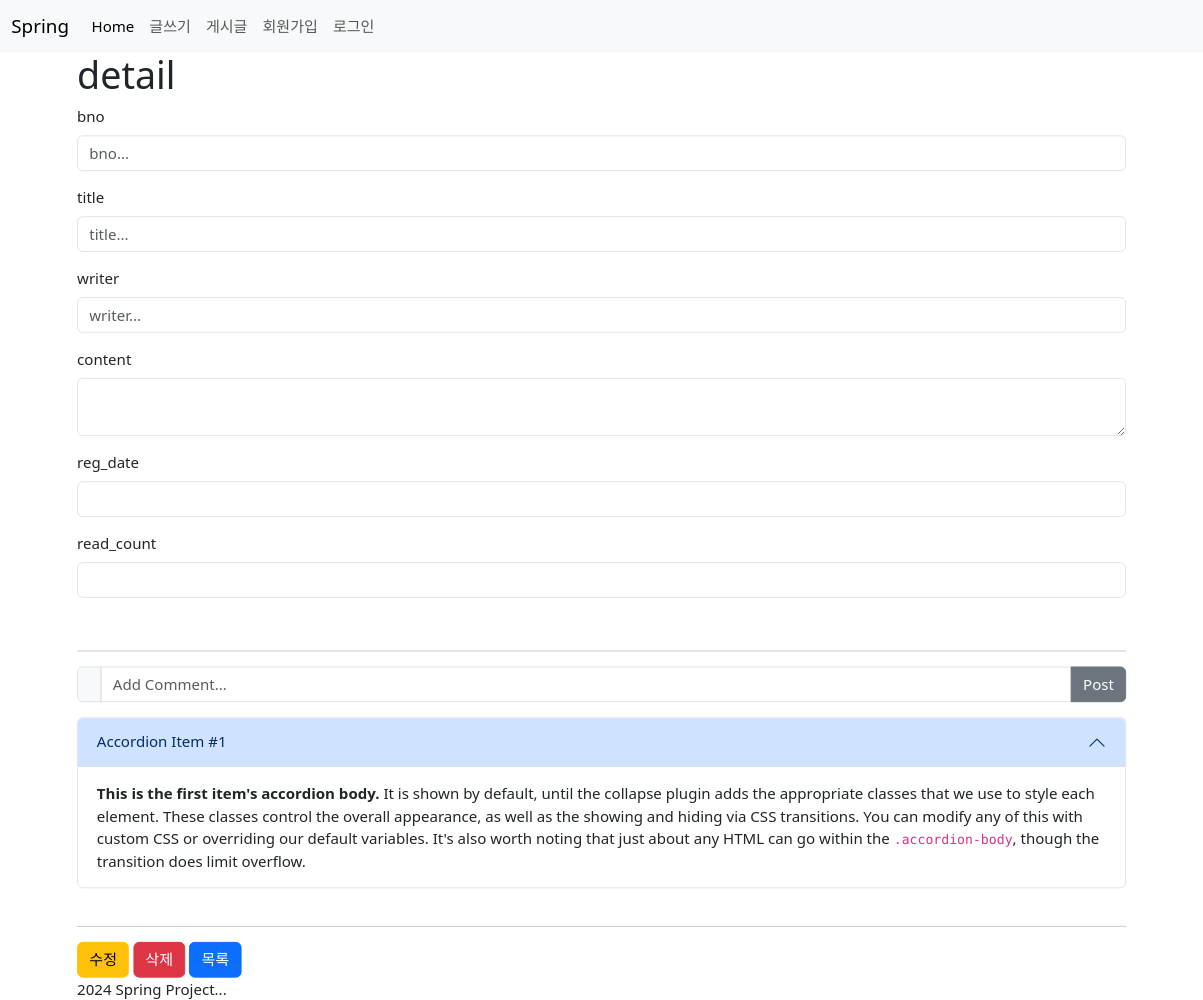
Repository: dlwpsdlwps/springTest240430
Page: http://localhost/spring_study/WEB-INF/views/board/detail.jsp
The author's editor kept a copy of each file at every save. The page is drawn from the files as they stood at one save, then again after the next save.
The browser window is 1280 px wide. The pictures show the whole page, at 94% of full size.
The page is served by Tomcat 9. Nobody is signed in. The template is opened directly, without the code that normally fills it, so the values that code supplies are empty.

Above is the page before, as saved 2024-04-26 02:48:14.

After the next save:
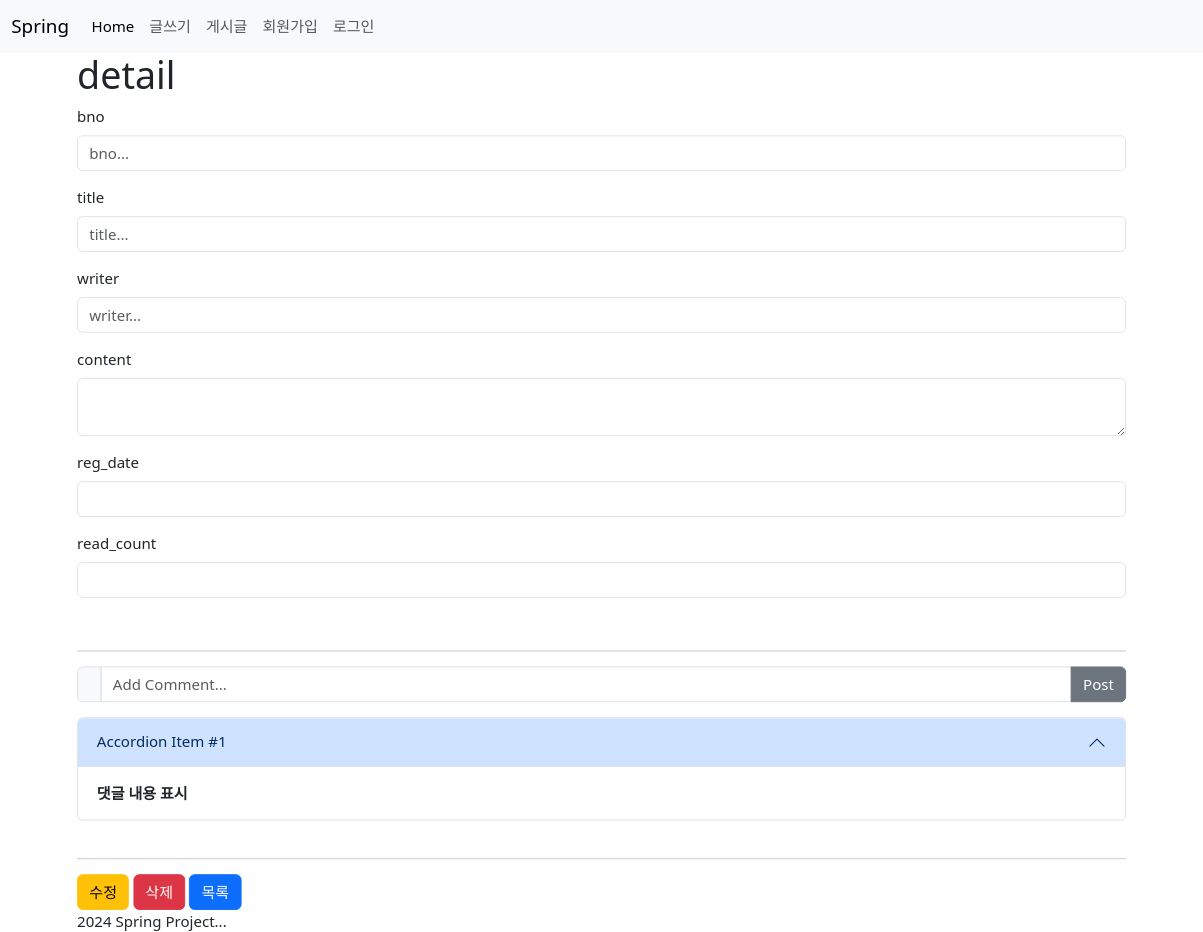
Saved 33 s later.
--- a/spring_study/src/main/webapp/WEB-INF/views/board/detail.jsp
+++ b/spring_study/src/main/webapp/WEB-INF/views/board/detail.jsp
@@ -48,7 +48,7 @@
 		    </h2>
 		    <div id="collapseOne" class="accordion-collapse collapse show" data-bs-parent="#accordionExample">
 		      <div class="accordion-body">
-		        <strong>This is the first item's accordion body.</strong> It is shown by default, until the collapse plugin adds the appropriate classes that we use to style each element. These classes control the overall appearance, as well as the showing and hiding via CSS transitions. You can modify any of this with custom CSS or overriding our default variables. It's also worth noting that just about any HTML can go within the <code>.accordion-body</code>, though the transition does limit overflow.
+		        <strong>댓글 내용 표시</strong>
 		      </div>
 		    </div>
 		  </div>
